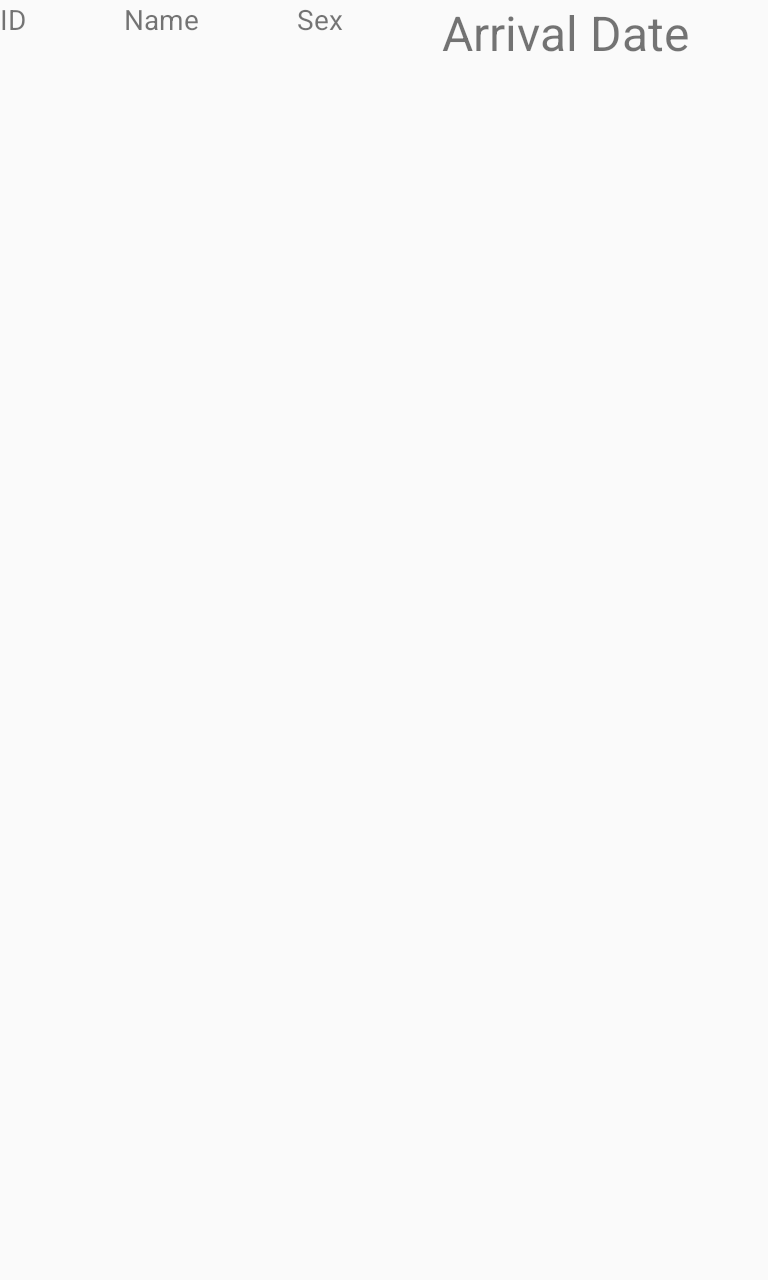
Repository: dillonburton/ThemeParkSimDB
Layout: DBThemeParkApp/res/layout/fragment_test_1.xml
The author's editor kept a copy of each file at every save. The layout is drawn from the files as they stood at one save, then again after the next save.
It is drawn on a 768 x 1280 px phone screen (xhdpi) without system bars, with theme AppTheme; the app's code is not run.

Above is the layout before, as saved 2014-11-18 19:23:22.

### DBThemeParkApp/res/layout/fragment_test_1.xml
<?xml version="1.0" encoding="utf-8"?>
<LinearLayout xmlns:android="http://schemas.android.com/apk/res/android"
    xmlns:tools="http://schemas.android.com/tools"
    android:layout_width="match_parent"
    android:layout_height="match_parent"
    android:orientation="vertical"
    tools:context="com.db.fragments.FragmentTest2" >

    <ScrollView
        android:id="@+id/scrollView1"
        android:layout_width="match_parent"
        android:layout_height="match_parent" >

        <TableLayout
        android:layout_width="match_parent"
        android:layout_height="match_parent"
        android:id="@+id/table2"
         >

        <TableRow
            android:id="@+id/tableRow1"
            android:layout_width="wrap_content"
            android:layout_height="wrap_content"
             >

            <TextView
                android:id="@+id/textView1"
                android:layout_width="match_parent"
                android:layout_height="match_parent"
                android:layout_weight="1"
                android:text="ID" />

            <TextView
                android:id="@+id/textView2"
                android:layout_width="match_parent"
                android:layout_height="match_parent"
                android:layout_weight="1"
                android:paddingLeft="10dp"
                android:text="Name" />

             <TextView
                 android:id="@+id/textView2"
                 android:layout_width="match_parent"
                 android:layout_height="match_parent"
                 android:layout_weight="1"
                  android:paddingLeft="10dp"
                 android:text="Sex" />

              <TextView
                  android:id="@+id/textView2"
                  android:layout_width="match_parent"
                  android:layout_height="match_parent"
                  android:layout_weight="1"
                   android:paddingLeft="10dp"
                   android:textSize="24sp"
                  android:text="Arrival Date" />

        </TableRow>

        <TableRow
            android:id="@+id/tableRow2"
            android:layout_width="wrap_content"
            android:layout_height="wrap_content" >
        </TableRow>

        <TableRow
            android:id="@+id/tableRow3"
            android:layout_width="wrap_content"
            android:layout_height="wrap_content" >
        </TableRow>

        <TableRow
            android:id="@+id/tableRow4"
            android:layout_width="wrap_content"
            android:layout_height="wrap_content" >
        </TableRow>
    </TableLayout>
    </ScrollView>

</LinearLayout>

Loaded but not shown: DBThemeParkApp/res/values/styles.xml (common file); DBThemeParkApp/res/values-v11/styles.xml (common file); DBThemeParkApp/res/values-v14/styles.xml (common file)

After the next save:
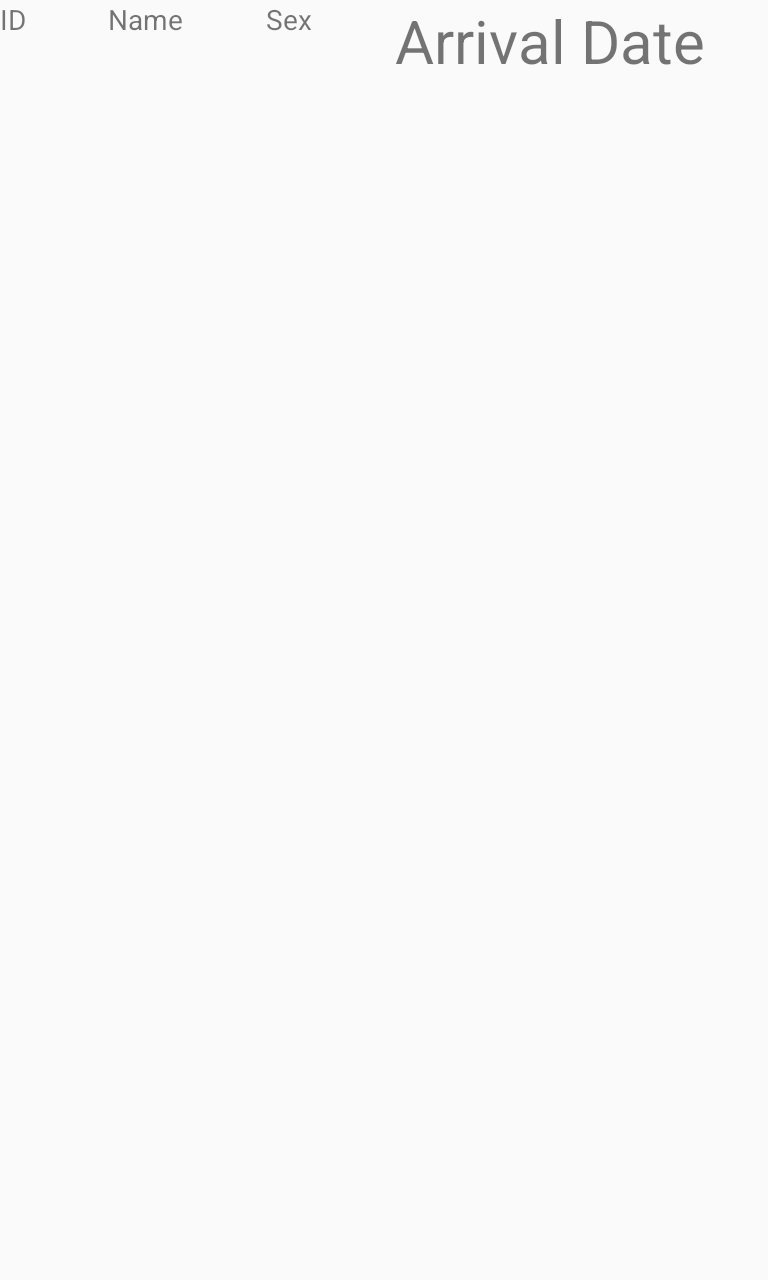
Saved 23 s later.
--- a/DBThemeParkApp/res/layout/fragment_test_1.xml
+++ b/DBThemeParkApp/res/layout/fragment_test_1.xml
@@ -52,7 +52,7 @@
                   android:layout_height="match_parent"
                   android:layout_weight="1"
                    android:paddingLeft="10dp"
-                   android:textSize="24sp"
+                   android:textSize="30sp"
                   android:text="Arrival Date" />
 
         </TableRow>
